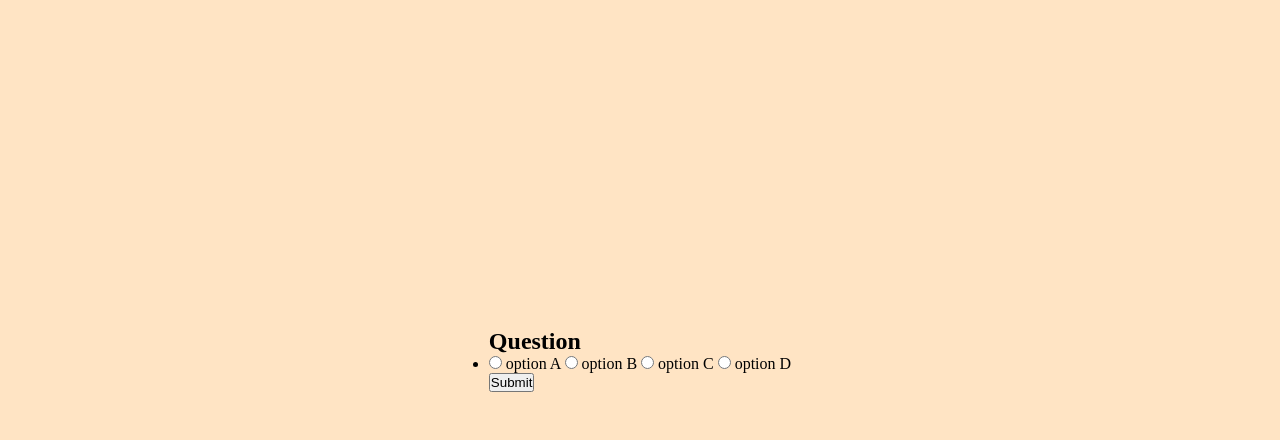
Repository: JunaidAnsari202/Quiz-App
Page: index.html
An editor plug-in stored every save of this project. The page is shown before and after a run of saves, followed by the edit.
The browser window is 1280 px wide. The pictures show the whole page.

Above is the page before, as saved 2024-10-13 19:40:43.

After the next 2 saves:
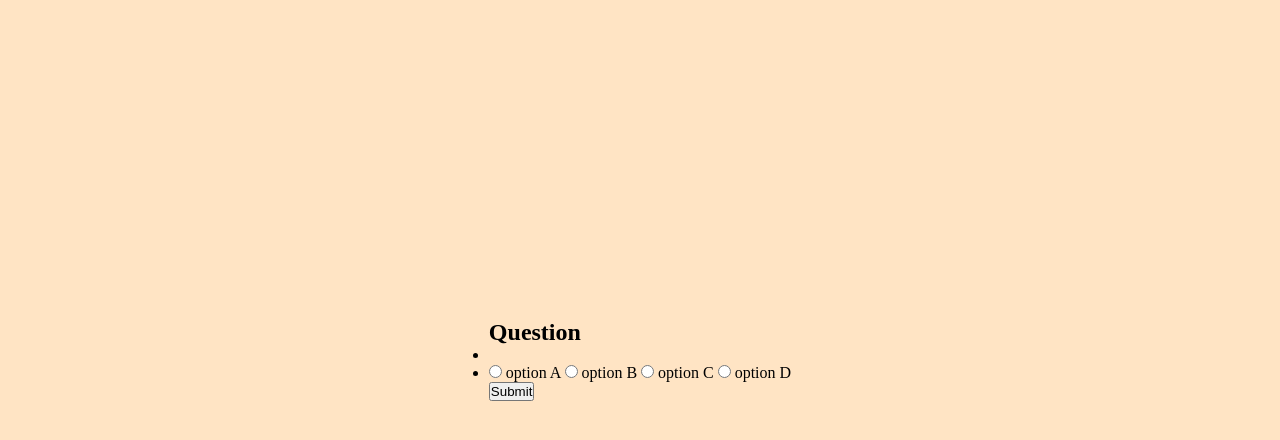
The 2 saves are shown as one change because they came seconds apart.
The last was saved 54 s later.
--- a/index.html
+++ b/index.html
@@ -13,6 +13,7 @@
             Question
         </h2>
         <ul>
+            <li></li>
             <li>
                 <input type="radio" class="answer" id="option-a" name="quiz">
                  <label for="option-a" class="text_option_a">option A</label>

After the 3 saves that followed:
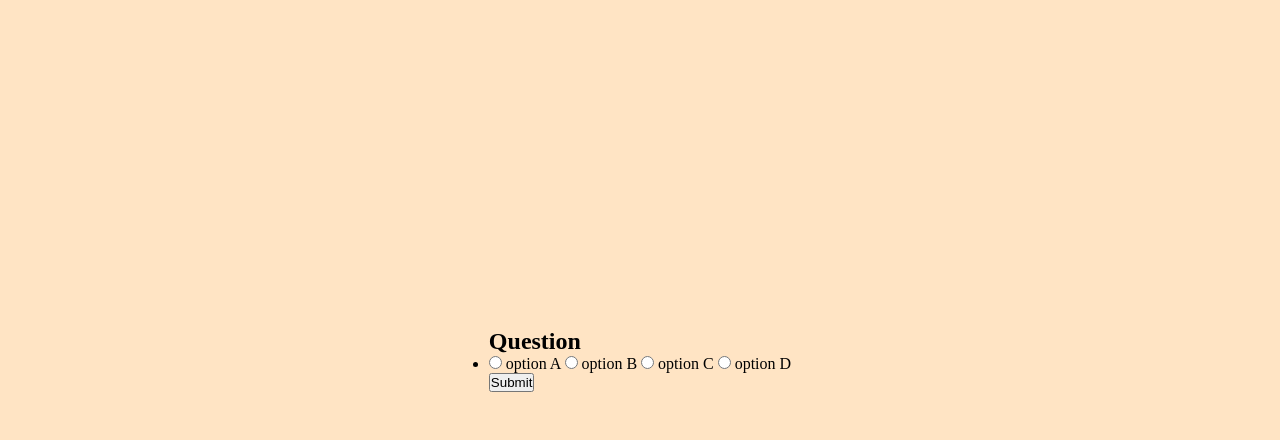
The 3 saves are shown as one change because they came seconds apart.
The last was saved 9 s later.
--- a/index.html
+++ b/index.html
@@ -13,7 +13,7 @@
             Question
         </h2>
         <ul>
-            <li></li>
+
             <li>
                 <input type="radio" class="answer" id="option-a" name="quiz">
                  <label for="option-a" class="text_option_a">option A</label>
